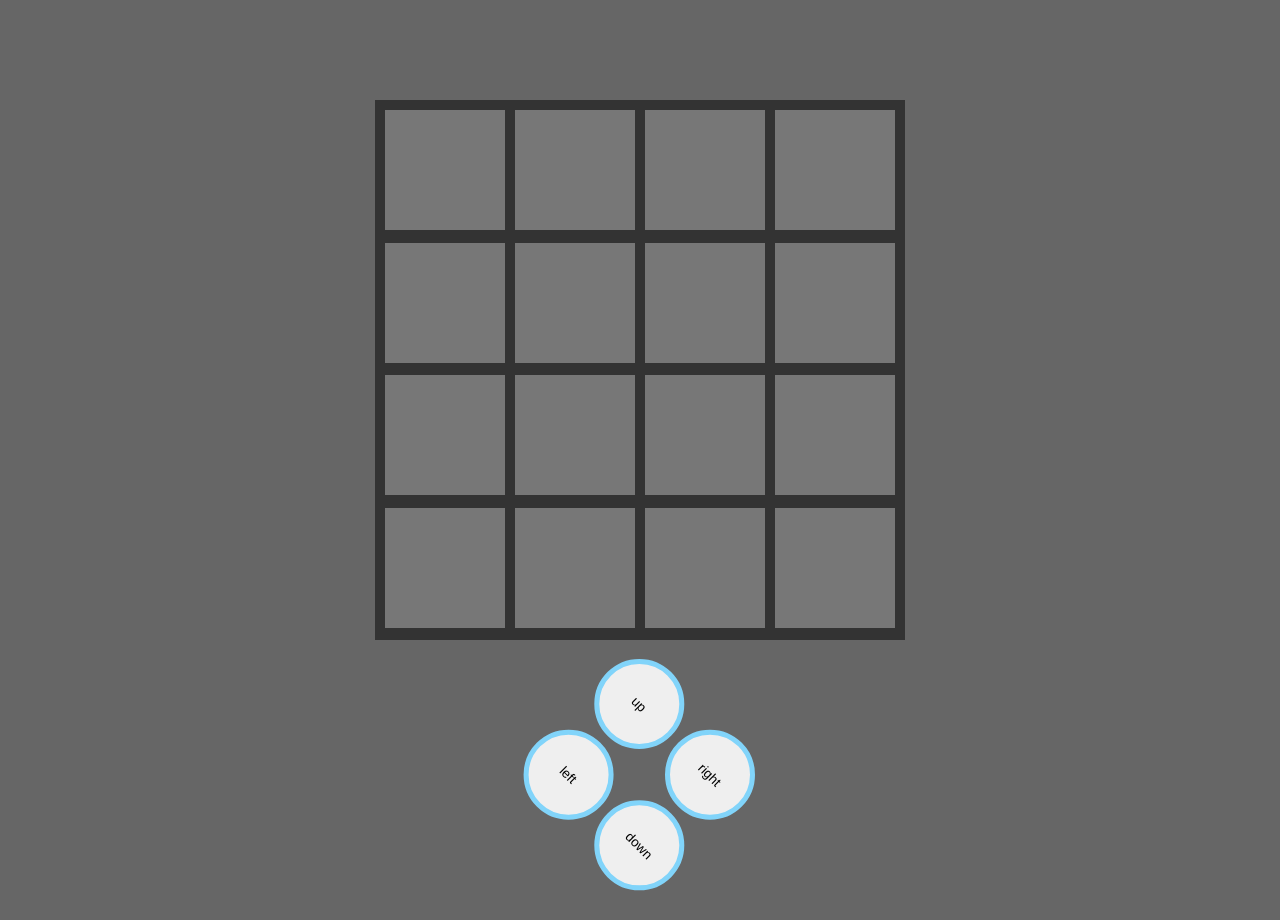
Repository: thisisbb/2048
Page: index.html
The author's editor kept a record of every edit. The page is drawn from the files as they stood at one moment, then again after the next edit.
The browser window is 1280 px wide. The pictures show the whole page.

Above is the page before.

After the next edit:
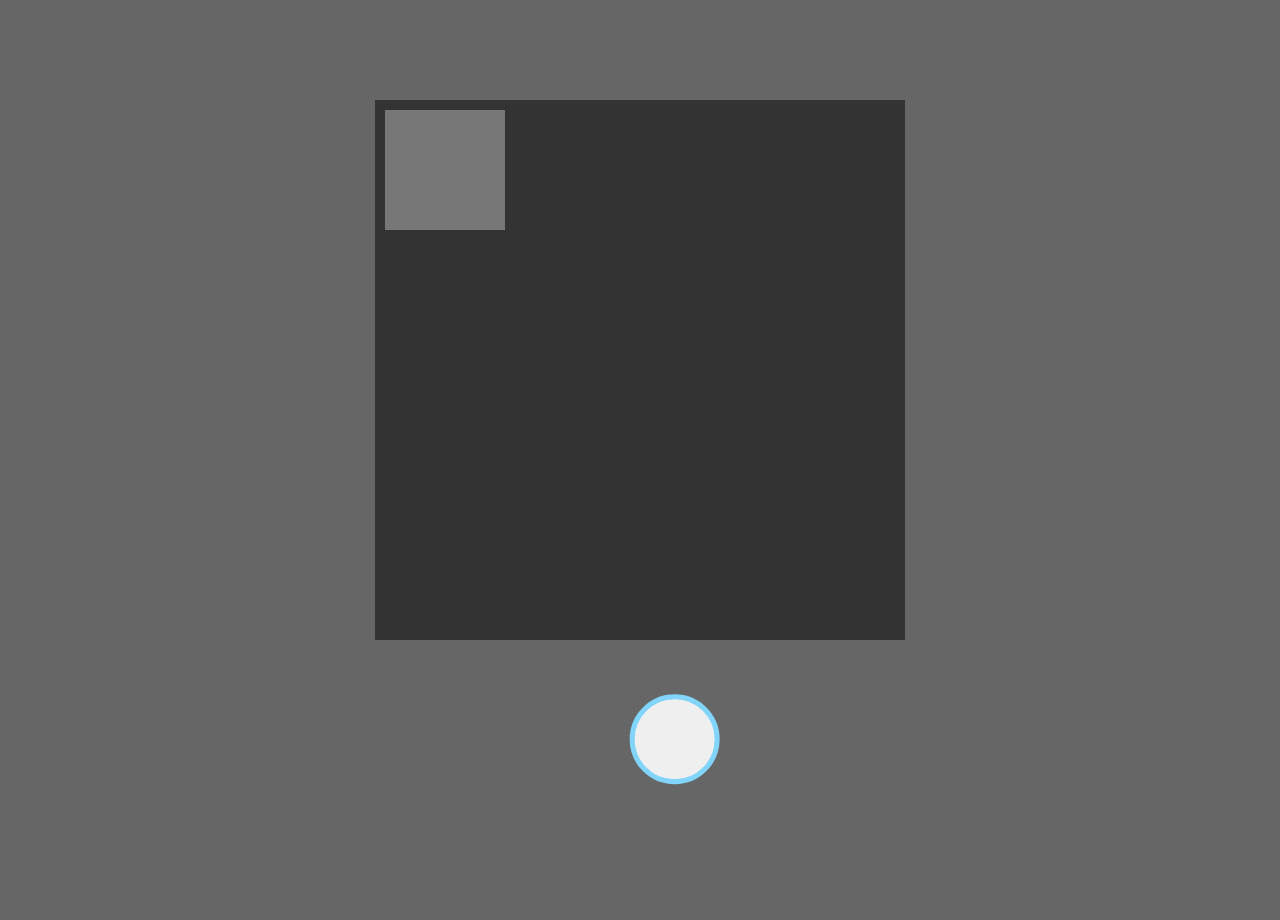
Console error: SyntaxError: Unexpected token ';'
The edit:
--- a/js/app.js
+++ b/js/app.js
@@ -138,7 +138,7 @@
                 var matrixTransp = transponation(arrayToMatrix(getData(viewModel.cells)));
                 matrixTransp = shiftReduceLeft(matrixTransp)
                 //транспонируем обратно
-                var matrixDeTransp = transponation(matrixTransp);
+                var matrixDeTransp = ;
 
                 viewModel.cells = fillMain(matrixDeTransp.join(",").split(",").map(function(el) {
                     return parseInt(el, 10);

After the 2 edits that followed:
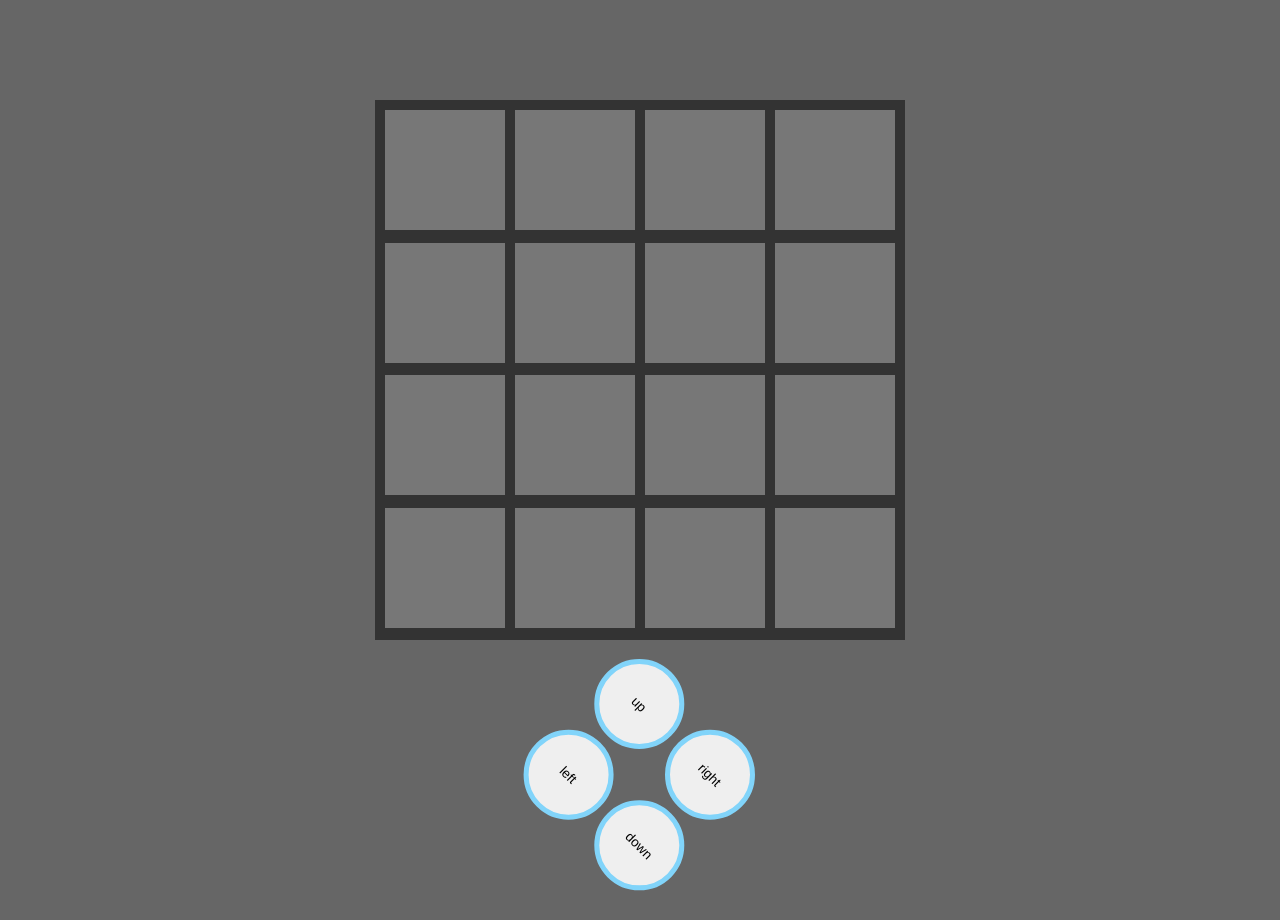
The error is gone.
The 2 edits are shown as one change because 1 left the picture as it was.
The edit:
--- a/js/app.js
+++ b/js/app.js
@@ -138,9 +138,7 @@
                 var matrixTransp = transponation(arrayToMatrix(getData(viewModel.cells)));
                 matrixTransp = shiftReduceLeft(matrixTransp)
                 //транспонируем обратно
-                var matrixDeTransp = ;
-
-                viewModel.cells = fillMain(matrixDeTransp.join(",").split(",").map(function(el) {
+                viewModel.cells = fillMain(transponation(matrixTransp).join(",").split(",").map(function(el) {
                     return parseInt(el, 10);
                 }));
                 break;
